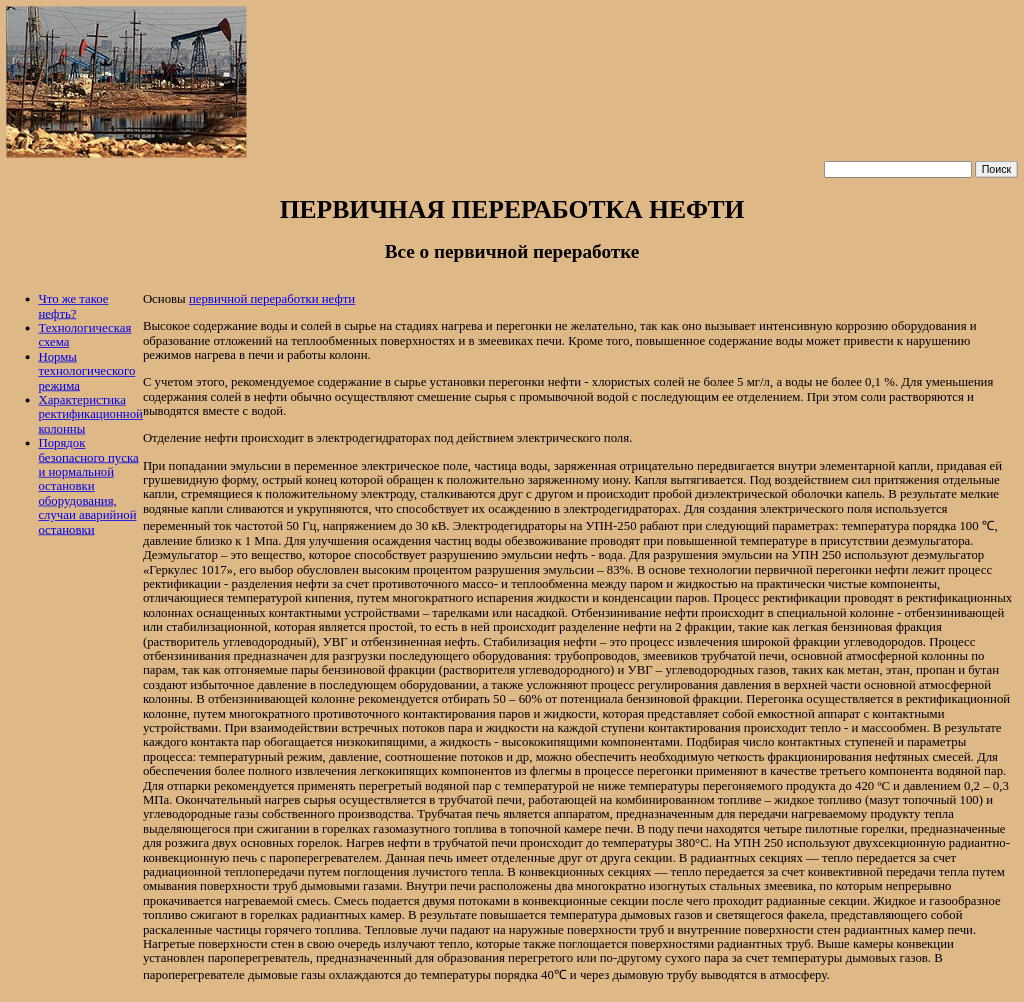
Repository: NastyaSeleznev/NastyaSeleznev.githab.io
Page: week1/index.html
The author's editor kept a record of every edit. The page is drawn from the files as they stood at one moment, then again after the next edit.
The browser window is 1280 px wide. The pictures show the whole page, at 80% of full size.

Above is the page before.

After the next edit:
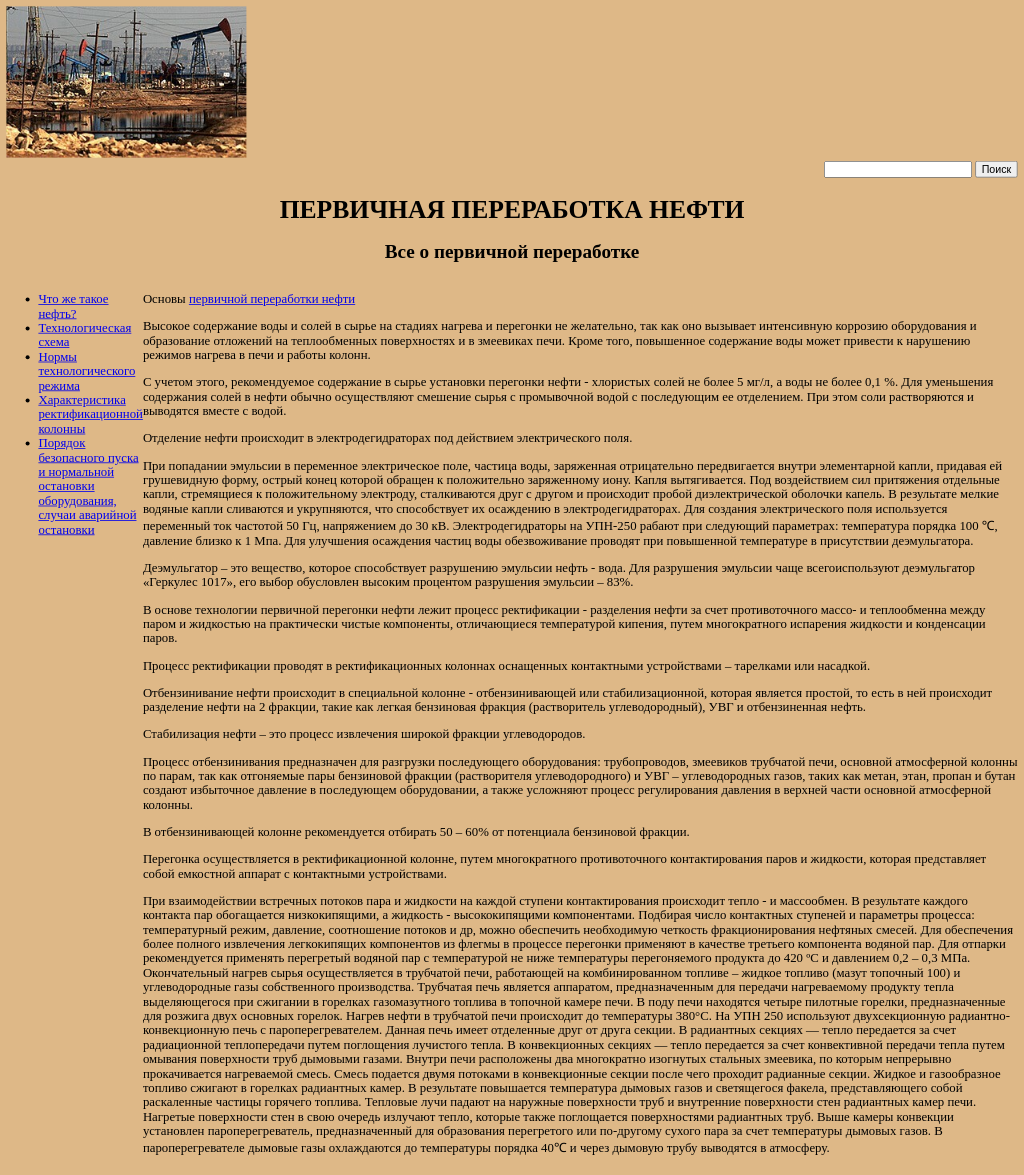
The edit:
--- a/week1/index.html
+++ b/week1/index.html
@@ -34,15 +34,15 @@
 <p>Отделение нефти происходит в электродегидраторах под действием электрического поля.
 <p>При попадании эмульсии в переменное электрическое поле, частица воды, заряженная отрицательно передвигается внутри элементарной капли, придавая ей грушевидную форму, острый конец которой обращен к положительно заряженному иону. Капля вытягивается. Под воздействием сил притяжения отдельные капли, стремящиеся к положительному электроду, сталкиваются друг с другом и происходит пробой диэлектрической оболочки капель. В результате мелкие водяные капли сливаются и укрупняются, что способствует их осаждению  в электродегидраторах. Для создания электрического поля используется переменный ток частотой 50 Гц, напряжением до 30 кВ. Электродегидраторы на УПН-250 рабают при следующий параметрах: температура  порядка 100 ℃, давление близко к 1 Мпа.
 Для улучшения осаждения частиц воды обезвоживание проводят при повышенной температуре в присутствии деэмульгатора.
-Деэмульгатор – это вещество, которое способствует разрушению эмульсии нефть - вода. Для разрушения эмульсии на УПН 250 используют деэмульгатор «Геркулес 1017», его выбор обусловлен высоким процентом разрушения эмульсии – 83%.
-В основе технологии первичной перегонки нефти лежит процесс ректификации - разделения нефти за счет противоточного массо- и теплообменна между паром и жидкостью на практически чистые компоненты, отличающиеся температурой кипения, путем многократного испарения жидкости и конденсации паров.
-Процесс ректификации проводят в ректификационных колоннах оснащенных контактными устройствами – тарелками или насадкой.
-Отбензинивание нефти происходит в специальной колонне - отбензинивающей или стабилизационной, которая является простой, то есть в ней происходит разделение нефти на 2 фракции, такие как легкая бензиновая фракция (растворитель углеводородный), УВГ и отбензиненная нефть.
-Стабилизация нефти – это процесс извлечения широкой фракции углеводородов.
-Процесс отбензинивания предназначен для разгрузки последующего оборудования: трубопроводов, змеевиков трубчатой печи, основной атмосферной колонны по парам, так как отгоняемые пары бензиновой фракции (растворителя углеводородного) и УВГ – углеводородных газов, таких как метан, этан, пропан и бутан создают избыточное давление в последующем оборудовании, а также усложняют процесс регулирования давления в верхней части основной атмосферной колонны.
-В отбензинивающей колонне рекомендуется отбирать 50 – 60% от потенциала бензиновой фракции.
-Перегонка осуществляется в ректификационной колонне, путем многократного противоточного контактирования паров и жидкости, которая представляет собой емкостной аппарат с контактными устройствами.
- При взаимодействии встречных потоков пара и жидкости на каждой ступени контактирования происходит тепло - и массообмен. В результате каждого контакта пар обогащается низкокипящими, а жидкость - высококипящими компонентами.
+<p>Деэмульгатор – это вещество, которое способствует разрушению эмульсии нефть - вода. Для разрушения эмульсии чаще всегоиспользуют деэмульгатор «Геркулес 1017», его выбор обусловлен высоким процентом разрушения эмульсии – 83%.
+<p>В основе технологии первичной перегонки нефти лежит процесс ректификации - разделения нефти за счет противоточного массо- и теплообменна между паром и жидкостью на практически чистые компоненты, отличающиеся температурой кипения, путем многократного испарения жидкости и конденсации паров.
+<p>Процесс ректификации проводят в ректификационных колоннах оснащенных контактными устройствами – тарелками или насадкой.
+<p>Отбензинивание нефти происходит в специальной колонне - отбензинивающей или стабилизационной, которая является простой, то есть в ней происходит разделение нефти на 2 фракции, такие как легкая бензиновая фракция (растворитель углеводородный), УВГ и отбензиненная нефть.
+<p>Стабилизация нефти – это процесс извлечения широкой фракции углеводородов.
+<p>Процесс отбензинивания предназначен для разгрузки последующего оборудования: трубопроводов, змеевиков трубчатой печи, основной атмосферной колонны по парам, так как отгоняемые пары бензиновой фракции (растворителя углеводородного) и УВГ – углеводородных газов, таких как метан, этан, пропан и бутан создают избыточное давление в последующем оборудовании, а также усложняют процесс регулирования давления в верхней части основной атмосферной колонны.
+<p>В отбензинивающей колонне рекомендуется отбирать 50 – 60% от потенциала бензиновой фракции.
+<p>Перегонка осуществляется в ректификационной колонне, путем многократного противоточного контактирования паров и жидкости, которая представляет собой емкостной аппарат с контактными устройствами.
+<p> При взаимодействии встречных потоков пара и жидкости на каждой ступени контактирования происходит тепло - и массообмен. В результате каждого контакта пар обогащается низкокипящими, а жидкость - высококипящими компонентами.
 Подбирая число контактных ступеней и параметры процесса: температурный режим, давление, соотношение потоков и др, можно обеспечить необходимую четкость фракционирования нефтяных смесей.
 Для обеспечения более полного извлечения легкокипящих компонентов из флегмы в процессе перегонки применяют в качестве третьего компонента водяной пар.
 Для отпарки рекомендуется применять перегретый водяной пар с температурой не ниже температуры перегоняемого продукта до 420 ºС и давлением 0,2 – 0,3 МПа.
